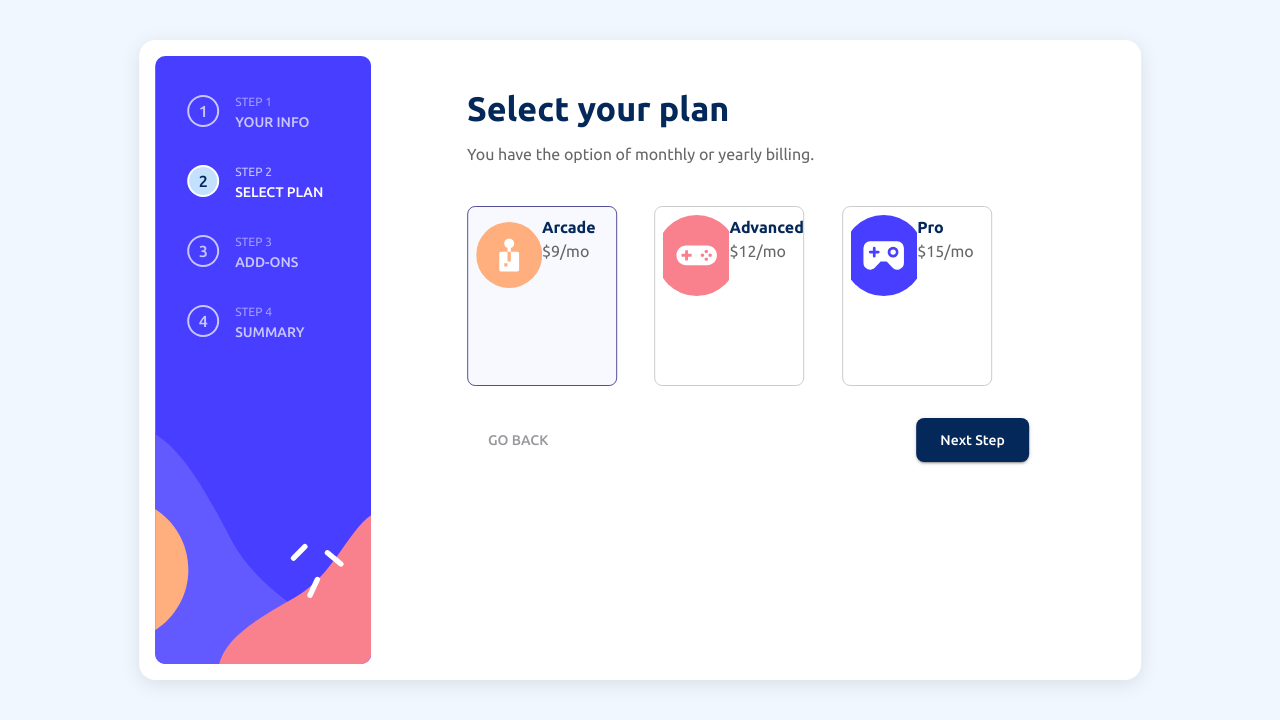
Repository: ozerrrs/chalange7days
Page: / (app in 7dayschalange/7dayschallange/), after clicking the first element matching `button.MuiButtonBase-root`
An editor plug-in stored every save of this project. The page is shown before and after the next save, followed by the edit.
The browser window is 1280 px wide. The pictures show the whole page.
The project was rebuilt for these pictures with package versions that can differ from the ones it lists, and the page was loaded fresh each time. Also part of the build but not shown: 7dayschalange/7dayschallange/vite.config.js.

Above is the page before, as saved 2025-03-05 16:22:36.

### 7dayschalange/7dayschallange/src/main.jsx
import * as React from "react";
import * as ReactDOM from "react-dom/client";
import { ThemeProvider } from "@mui/material/styles";
import { CssBaseline } from "@mui/material";
import theme from "./theme/theme";
import App from "./App";
import "./index.css";
ReactDOM.createRoot(document.getElementById("root")).render(
  <React.StrictMode>
    <ThemeProvider theme={theme}>
      <CssBaseline />
      <App />
    </ThemeProvider>
  </React.StrictMode>
);

### 7dayschalange/7dayschallange/src/theme/theme.jsx
import { createTheme } from "@mui/material/styles";

const theme = createTheme({
  typography: {
    fontFamily: "'Ubuntu', sans-serif",
    h4: {
      fontWeight: 700,
    },
    h2: {
      fontWeight: 500,
    },
  },
  components: {
    MuiCssBaseline: {
      styleOverrides: `
        body {
          background-color: #f0f7ff;
        }
      `,
    },
  },
});

export default theme;

### 7dayschalange/7dayschallange/src/App.jsx
import { Routes, Route, BrowserRouter } from "react-router-dom";
import FirstPage from "./pages/firstPage";
import "@fontsource/ubuntu/400.css"; // Regular
import "@fontsource/ubuntu/500.css"; // Medium
import "@fontsource/ubuntu/700.css"; // Bold
function App() {
  return (
    <BrowserRouter>
      <Routes>
        <Route path="/" element={<FirstPage />} />
        {/* <Route path="/about" element={<About />} />
          <Route path="/login" element={<Login />} />
          <Route path="/register" element={<Register />} /> */}
      </Routes>
    </BrowserRouter>
  );
}
export default App;

### 7dayschalange/7dayschallange/src/index.css
#root {
  height: 100vh;
  width: 100vw;
  background-color: #f0f7ff;
}

### 7dayschalange/7dayschallange/src/pages/firstPage.jsx
import React, { useState } from "react";
import {
  Box,
  TextField,
  Typography,
  Button,
  Stepper,
  Step,
  StepLabel,
  Paper,
  Container,
  Grid,
  CssBaseline,
  Radio,
  RadioGroup,
  FormControlLabel,
  FormControl,
} from "@mui/material";
import { styled, ThemeProvider } from "@mui/material/styles";
// Import the background image for the sidebar
import backgroundNav from "../assets/bg-sidebar-desktop.svg";
import arcadeIcon from "../assets/icon-arcade.svg";
import advancedIcon from "../assets/icon-advanced.svg";
import proIcon from "../assets/icon-pro.svg";

// Adjust the path as needed

const FormContainer = styled(Paper)(({ theme }) => ({
  padding: theme.spacing(2),
  borderRadius: 16,
  boxShadow: "0px 4px 20px rgba(0, 0, 0, 0.1)",
  display: "flex",
  overflow: "hidden",
  minWidth: 1000,
  minHeight: 640,
  margin: "0 auto",
  position: "absolute",
  top: "50%",
  left: "50%",
  transform: "translate(-50%, -50%)",
}));

const SideBar = styled(Box)(({ theme }) => ({
  padding: theme.spacing(4),
  borderRadius: "10px 10px 10px 10px",
  color: "white",
  width: 274,
  position: "relative",
  overflow: "hidden",
  background: "none",
  minHeight: 568,
}));

const ContentArea = styled(Box)(({ theme }) => ({
  paddingLeft: theme.spacing(12),
  paddingRight: theme.spacing(12),
  paddingTop: theme.spacing(4),
  paddingBottom: theme.spacing(4),
  width: "100%",
}));

const NextButton = styled(Button)(({ theme }) => ({
  backgroundColor: "#04285a",
  color: "white",
  borderRadius: 8,
  padding: "10px 24px",
  textTransform: "none", // This prevents uppercase text

  "&:hover": {
    backgroundColor: "#172b4d",
  },
}));

const StyledTextField = styled(TextField)(({ theme }) => ({
  marginBottom: theme.spacing(2),
  "& .MuiOutlinedInput-root": {
    borderRadius: "10px",
    "& fieldset": {
      borderRadius: "10px",
    },
  },
}));

const StepNumber = styled(Box)(({ theme, active }) => ({
  width: 32,
  height: 32,
  borderRadius: "50%",
  border: "2px solid white",
  display: "flex",
  alignItems: "center",
  justifyContent: "center",
  marginRight: theme.spacing(2),
  backgroundColor: active ? "#c3e0ff" : "transparent", // Blue background when active
  color: active ? "#04285a" : "white",
  fontWeight: 500,
}));

const StepItem = styled(Box)(({ theme, active }) => ({
  display: "flex",
  alignItems: "center",
  marginBottom: theme.spacing(3),
  opacity: active ? 1 : 0.7,
}));

const PlanCard = styled(Box)(({ theme, selected }) => ({
  padding: theme.spacing(1),
  borderRadius: 8,
  flex: 1,
  border: selected ? "1px solid #544e98" : "1px solid #ccc",
  backgroundColor: selected ? "#f8f9ff" : "transparent",
  cursor: "pointer",
  width: "150px",
  height: "180px",
  transition: "all 0.2s ease-in-out",
  display: "flex",

  "&:hover": {
    borderColor: "#04285a",
  },
}));

const steps = [
  { label: "YOUR INFO", description: "Personal details" },
  { label: "SELECT PLAN", description: "Choose your plan" },
  { label: "ADD-ONS", description: "Add extra features" },
  { label: "SUMMARY", description: "Review your order" },
];

function MultiStepForm() {
  const [activeStep, setActiveStep] = useState(0);
  const [formData, setFormData] = useState({
    name: "",
    email: "",
    phone: "",
    plan: "arcade", // Default plan
  });

  const handleInputChange = (e) => {
    const { name, value } = e.target;
    setFormData({
      ...formData,
      [name]: value,
    });
  };

  const handlePlanChange = (event) => {
    setFormData({
      ...formData,
      plan: event.target.value,
    });
  };

  const handleNext = () => {
    setActiveStep((prevActiveStep) => prevActiveStep + 1);
  };

  const handleBack = () => {
    setActiveStep((prevActiveStep) => prevActiveStep - 1);
  };

  const getStepContent = (step) => {
    switch (step) {
      case 0:
        return (
          <Box>
            <Typography
              variant="h4"
              gutterBottom
              fontWeight="bold"
              sx={{ color: "#04285a" }}
            >
              Personal info
            </Typography>
            <Typography color="textSecondary" paragraph>
              Please provide your name, email address, and phone number.
            </Typography>

            <Box mt={3}>
              <Typography fontWeight={500} mb={1} sx={{ color: "#04285a" }}>
                Name
              </Typography>
              <StyledTextField
                fullWidth
                placeholder="e.g. Stephen King"
                name="name"
                value={formData.name}
                onChange={handleInputChange}
                variant="outlined"
              />

              <Typography fontWeight={500} mb={1} sx={{ color: "#04285a" }}>
                Email Address
              </Typography>

              <StyledTextField
                fullWidth
                placeholder="e.g. stephenking@lorem.com"
                name="email"
                value={formData.email}
                onChange={handleInputChange}
                variant="outlined"
              />

              <Typography fontWeight={500} mb={1} sx={{ color: "#04285a" }}>
                Phone Number
              </Typography>

              <StyledTextField
                fullWidth
                placeholder="e.g. +1 234 567 890"
                name="phone"
                value={formData.phone}
                onChange={handleInputChange}
                variant="outlined"
                sx={{ mb: 8 }}
              />
            </Box>
          </Box>
        );
      case 1:
        return (
          <Box>
            <Typography
              variant="h4"
              gutterBottom
              fontWeight="bold"
              sx={{ color: "#04285a" }}
            >
              Select your plan
            </Typography>
            <Typography color="textSecondary" paragraph>
              You have the option of monthly or yearly billing.
            </Typography>

            <FormControl component="fieldset" sx={{ width: "100%", mt: 3 }}>
              <RadioGroup
                aria-label="plan"
                name="plan"
                value={formData.plan}
                onChange={handlePlanChange}
                sx={{ display: "flex", flexDirection: "row", gap: "1px" }}
              >
                <FormControlLabel
                  value="arcade"
                  control={<Radio sx={{ display: "none" }} />}
                  label={
                    <PlanCard selected={formData.plan === "arcade"}>
                      <img
                        src={arcadeIcon}
                        alt="background"
                        style={{
                          width: "50%",
                          height: "50%",
                          objectFit: "contain",
                        }}
                      />
                      <Box sx={{ width: "100%" }}>
                        <Typography fontWeight="bold" sx={{ color: "#04285a" }}>
                          Arcade
                        </Typography>
                        <Typography color="textSecondary">$9/mo</Typography>
                      </Box>
                    </PlanCard>
                  }
                  sx={{ margin: 0, flex: 1 }}
                />

                <FormControlLabel
                  value="advanced"
                  control={<Radio sx={{ display: "none" }} />}
                  label={
                    <PlanCard selected={formData.plan === "advanced"}>
                      <img
                        src={advancedIcon}
                        alt="background"
                        style={{
                          width: "50%",
                          height: "50%",
                          objectFit: "cover",
                        }}
                      />
                      <Box sx={{ width: "100%" }}>
                        <Typography fontWeight="bold" sx={{ color: "#04285a" }}>
                          Advanced
                        </Typography>
                        <Typography color="textSecondary">$12/mo</Typography>
                      </Box>
                    </PlanCard>
                  }
                  sx={{ margin: 0, flex: 1 }}
                />

                <FormControlLabel
                  value="pro"
                  control={<Radio sx={{ display: "none" }} />}
                  label={
                    <PlanCard selected={formData.plan === "pro"}>
                      <img
                        src={proIcon}
                        alt="background"
                        style={{
                          width: "50%",
                          height: "50%",
                          objectFit: "cover",
                        }}
                      />
                      <Box sx={{ width: "100%" }}>
                        <Typography fontWeight="bold" sx={{ color: "#04285a" }}>
                          Pro
                        </Typography>
                        <Typography color="textSecondary">$15/mo</Typography>
                      </Box>
                    </PlanCard>
                  }
                  sx={{ margin: 0, flex: 1 }}
                />
              </RadioGroup>
            </FormControl>
          </Box>
        );
      case 2:
        return (
          <Box>
            <Typography
              variant="h4"
              gutterBottom
              fontWeight="bold"
              sx={{ color: "#04285a" }}
            >
              Pick add-ons
            </Typography>
            <Typography color="textSecondary" paragraph>
              Add-ons help enhance your gaming experience.
            </Typography>
          </Box>
        );
      case 3:
        return (
          <Box>
            <Typography
              variant="h4"
              gutterBottom
              fontWeight="bold"
              sx={{ color: "#04285a" }}
            >
              Summary
            </Typography>
            <Typography color="textSecondary" paragraph>
              Please confirm your selections.
            </Typography>
            <Box sx={{ mt: 2, p: 2, bgcolor: "#f8f9ff", borderRadius: 2 }}>
              <Typography fontWeight="bold" sx={{ color: "#04285a" }}>
                Selected Plan:{" "}
                {formData.plan.charAt(0).toUpperCase() + formData.plan.slice(1)}
              </Typography>
            </Box>
          </Box>
        );
      default:
        return "Unknown step";
    }
  };

  return (
    <FormContainer>
      <SideBar>
        <Box
          sx={{
            position: "absolute",
            top: 0,
            left: 0,
            width: "100%",
            height: "100%",
            zIndex: 0,
          }}
        >
          <img
            src={backgroundNav}
            alt="background"
            style={{ width: "100%", height: "100%", objectFit: "cover" }}
          />
        </Box>
        <Box sx={{ position: "relative", zIndex: 1 }}>
          {steps.map((step, index) => (
            <StepItem key={index} active={activeStep === index}>
              <StepNumber active={activeStep === index}>{index + 1}</StepNumber>

              <Box>
                <Typography variant="caption" sx={{ opacity: 0.7 }}>
                  STEP {index + 1}
                </Typography>
                <Typography variant="subtitle2">{step.label}</Typography>
              </Box>
            </StepItem>
          ))}
        </Box>
      </SideBar>

      <ContentArea>
        {getStepContent(activeStep)}

        <Box sx={{ display: "flex", justifyContent: "flex-end", mt: 4 }}>
          {activeStep !== 0 && (
            <Button onClick={handleBack} sx={{ mr: 45, color: "#99989d" }}>
              Go Back
            </Button>
          )}
          <NextButton variant="contained" onClick={handleNext}>
            Next Step
          </NextButton>
        </Box>
      </ContentArea>
    </FormContainer>
  );
}

export default MultiStepForm;

Loaded but not shown: 7dayschalange/7dayschallange/index.html (common file)

After the next save:
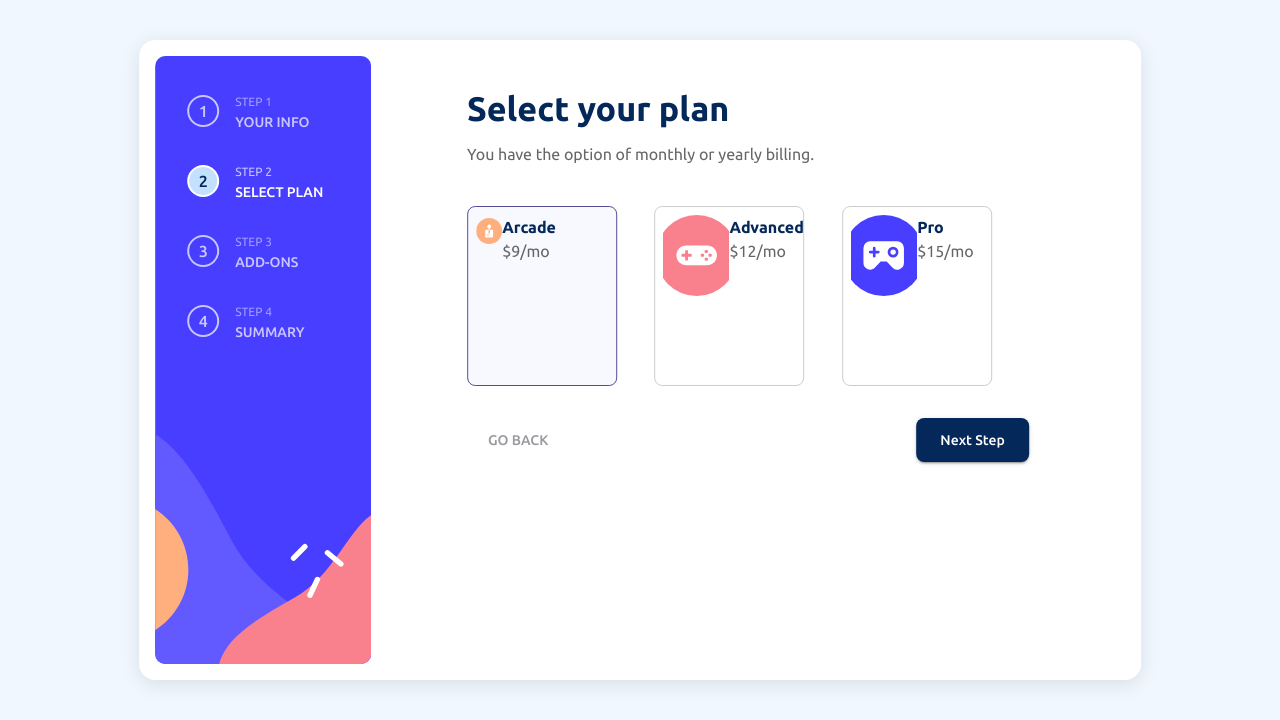
Saved 8 s later.
--- a/7dayschalange/7dayschallange/src/pages/firstPage.jsx
+++ b/7dayschalange/7dayschallange/src/pages/firstPage.jsx
@@ -249,8 +249,8 @@ function MultiStepForm() {
                         src={arcadeIcon}
                         alt="background"
                         style={{
-                          width: "50%",
-                          height: "50%",
+                          width: "20%",
+                          height: "20%",
                           objectFit: "contain",
                         }}
                       />
